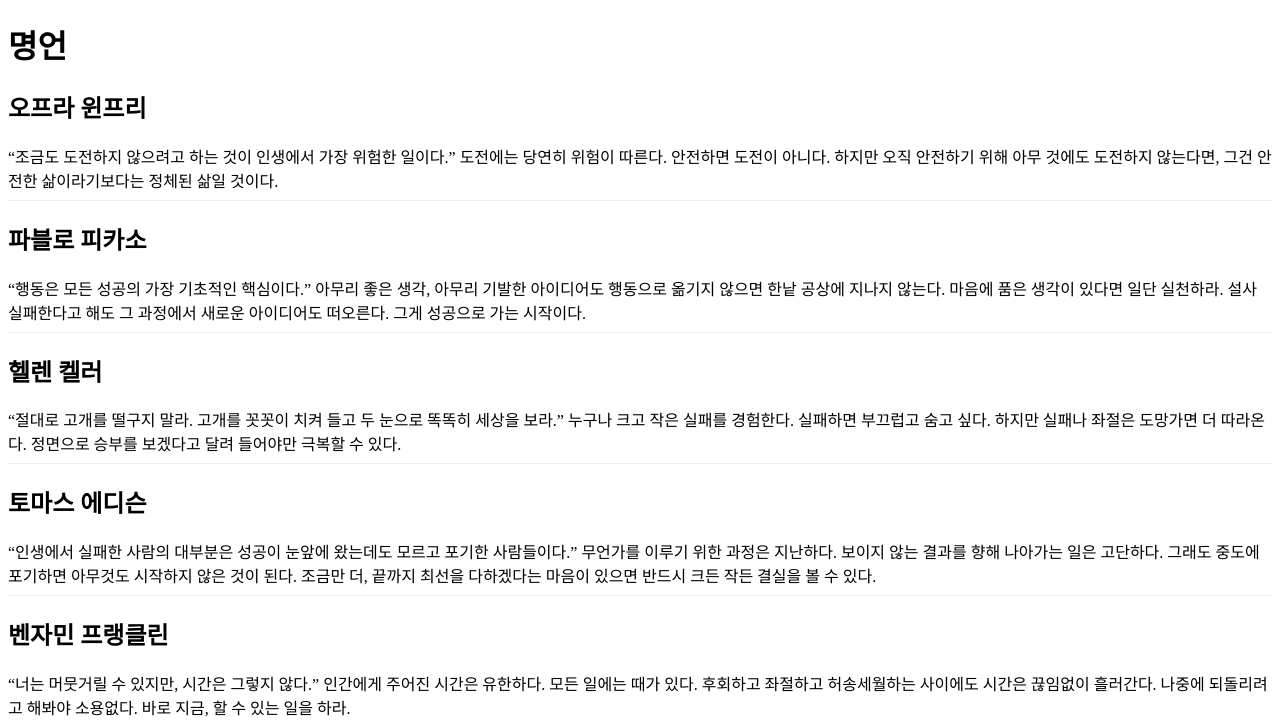
Repository: chanjin5212/Full-Stack-study
Page: client/ClientTest/src/main/webapp/html/htmlquestion/Q05.html
The author's editor kept a copy of each file at every save. The page is drawn from the files as they stood at one save, then again after the next save.
The browser window is 1280 px wide. The pictures show the whole page.

Above is the page before, as saved 2022-05-24 03:28:07.

### client/ClientTest/src/main/webapp/html/htmlquestion/Q05.html
<!DOCTYPE html>
<html>
<head>
<meta charset="UTF-8">
<title>Insert title here</title>
</head>
<body>
<h1>명언</h1>
<h2>오프라 윈프리</h2>
“조금도 도전하지 않으려고 하는 것이 인생에서 가장 위험한 일이다.”
도전에는 당연히 위험이 따른다. 안전하면 도전이 아니다. 하지만 오직 안전하기 위해 아무 것에도 도전하지 않는다면, 그건 안전한 삶이라기보다는 정체된 삶일 것이다.
<hr size="1" color="#EFEFEF">
<h2>파블로 피카소</h2>
“행동은 모든 성공의 가장 기초적인 핵심이다.”
아무리 좋은 생각, 아무리 기발한 아이디어도 행동으로 옮기지 않으면 한낱 공상에 지나지 않는다. 마음에 품은 생각이 있다면 일단 실천하라. 설사 실패한다고 해도 그 과정에서 새로운 아이디어도 떠오른다. 그게 성공으로 가는 시작이다.
<hr size="1" color="#EFEFEF">
<h2>헬렌 켈러</h2>
“절대로 고개를 떨구지 말라. 고개를 꼿꼿이 치켜 들고 두 눈으로 똑똑히 세상을 보라.”
누구나 크고 작은 실패를 경험한다. 실패하면 부끄럽고 숨고 싶다. 하지만 실패나 좌절은 도망가면 더 따라온다. 정면으로 승부를 보겠다고 달려 들어야만 극복할 수 있다.
<hr size="1" color="#EFEFEF">
<h2>토마스 에디슨</h2>
“인생에서 실패한 사람의 대부분은 성공이 눈앞에 왔는데도 모르고 포기한 사람들이다.”
무언가를 이루기 위한 과정은 지난하다. 보이지 않는 결과를 향해 나아가는 일은 고단하다. 그래도 중도에 포기하면 아무것도 시작하지 않은 것이 된다. 조금만 더, 끝까지 최선을 다하겠다는 마음이 있으면 반드시 크든 작든 결실을 볼 수 있다.
<hr size="1" color="#EFEFEF">
<h2>벤자민 프랭클린</h2>
“너는 머뭇거릴 수 있지만, 시간은 그렇지 않다.”
인간에게 주어진 시간은 유한하다. 모든 일에는 때가 있다. 후회하고 좌절하고 허송세월하는 사이에도 시간은 끊임없이 흘러간다. 나중에 되돌리려고 해봐야 소용없다. 바로 지금, 할 수 있는 일을 하라.
</body>
</html>

After the next save:
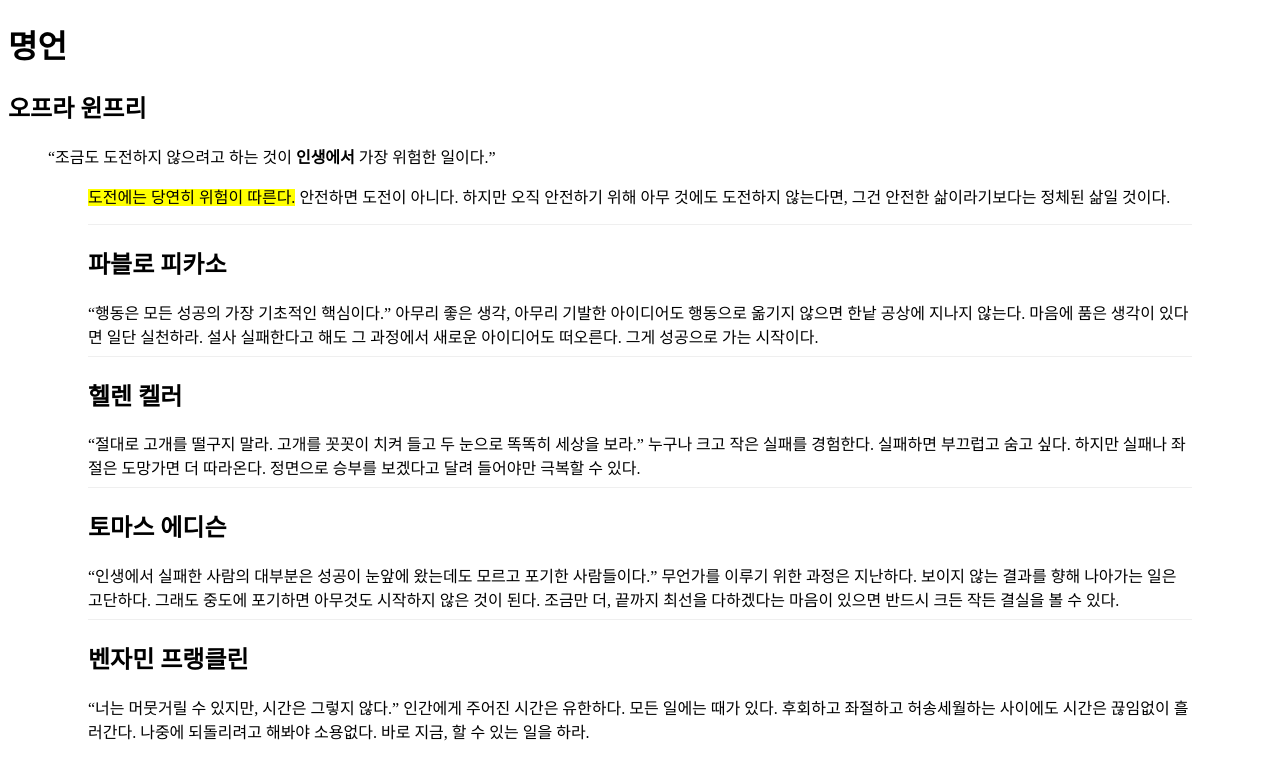
Saved 2 min 7 s later.
--- a/client/ClientTest/src/main/webapp/html/htmlquestion/Q05.html
+++ b/client/ClientTest/src/main/webapp/html/htmlquestion/Q05.html
@@ -7,8 +7,8 @@
 <body>
 <h1>명언</h1>
 <h2>오프라 윈프리</h2>
-“조금도 도전하지 않으려고 하는 것이 인생에서 가장 위험한 일이다.”
-도전에는 당연히 위험이 따른다. 안전하면 도전이 아니다. 하지만 오직 안전하기 위해 아무 것에도 도전하지 않는다면, 그건 안전한 삶이라기보다는 정체된 삶일 것이다.
+<p><blockquote>“조금도 도전하지 않으려고 하는 것이 <strong>인생에서</strong> 가장 위험한 일이다.”<blockquote>
+<mark>도전에는 당연히 위험이 따른다.</mark> 안전하면 도전이 아니다. 하지만 오직 안전하기 위해 아무 것에도 도전하지 않는다면, 그건 안전한 삶이라기보다는 정체된 삶일 것이다.</p>
 <hr size="1" color="#EFEFEF">
 <h2>파블로 피카소</h2>
 “행동은 모든 성공의 가장 기초적인 핵심이다.”
